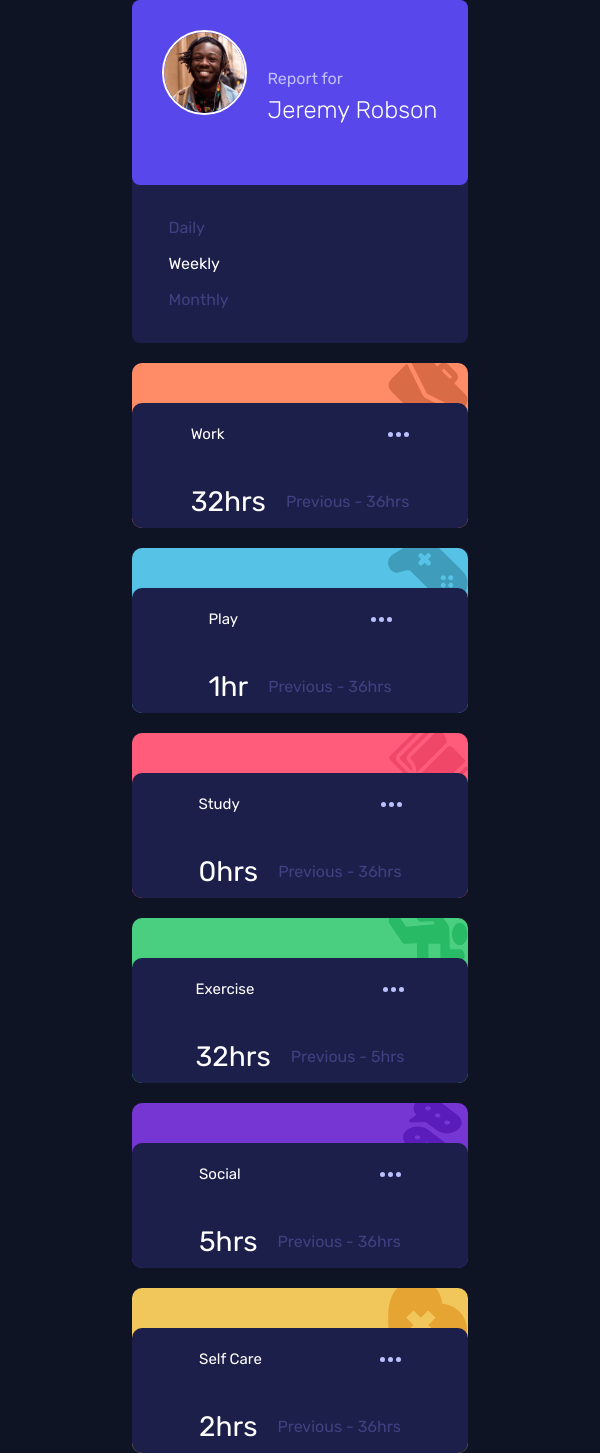
Repository: Akashiii1/WebTimeTracking_Day6
Page: index.html
The author's editor kept a copy of each file at every save. The page is drawn from the files as they stood at one save, then again after the next save.
The browser window is 600 px wide. The pictures show the whole page.

Above is the page before, as saved 2021-12-27 00:45:57.

After the next save:
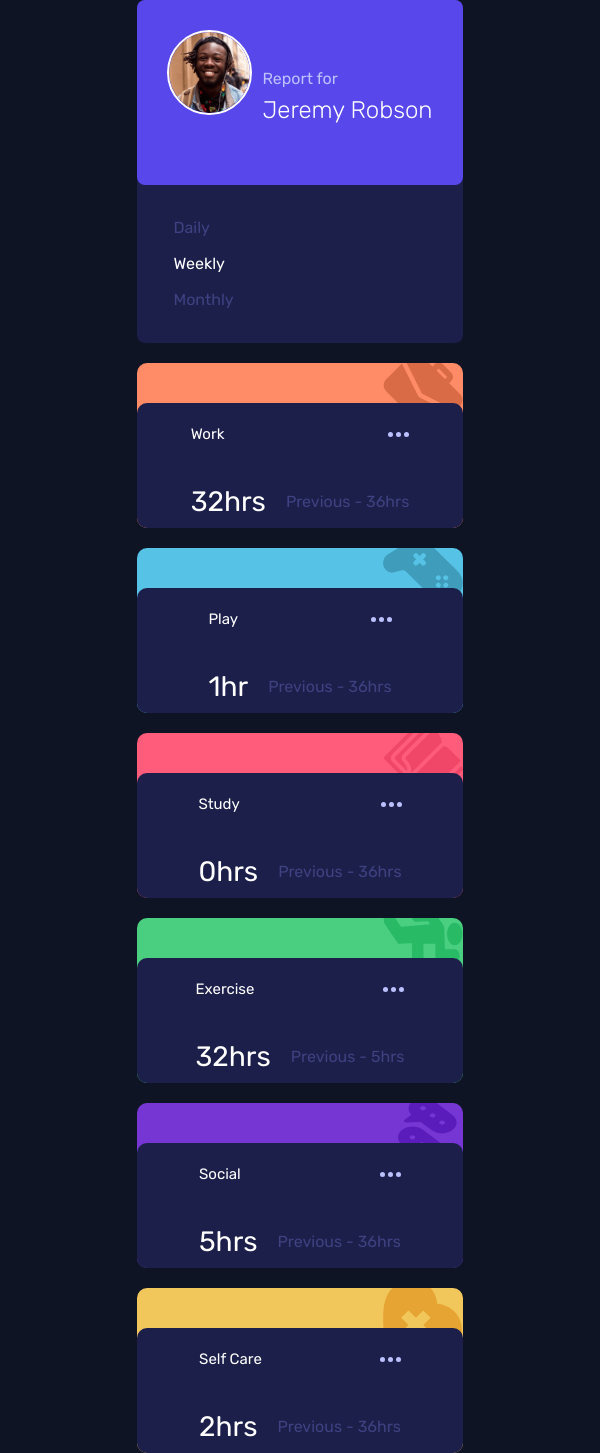
Saved 10 s later.
--- a/style.css
+++ b/style.css
@@ -229,7 +229,7 @@ button{
     display: flex;
     justify-content: space-between;
     align-items: center;
-    gap: 0 20px;
+    gap: 0 10px;
   }
 }
 /* remove animation for people who've turned them off */
